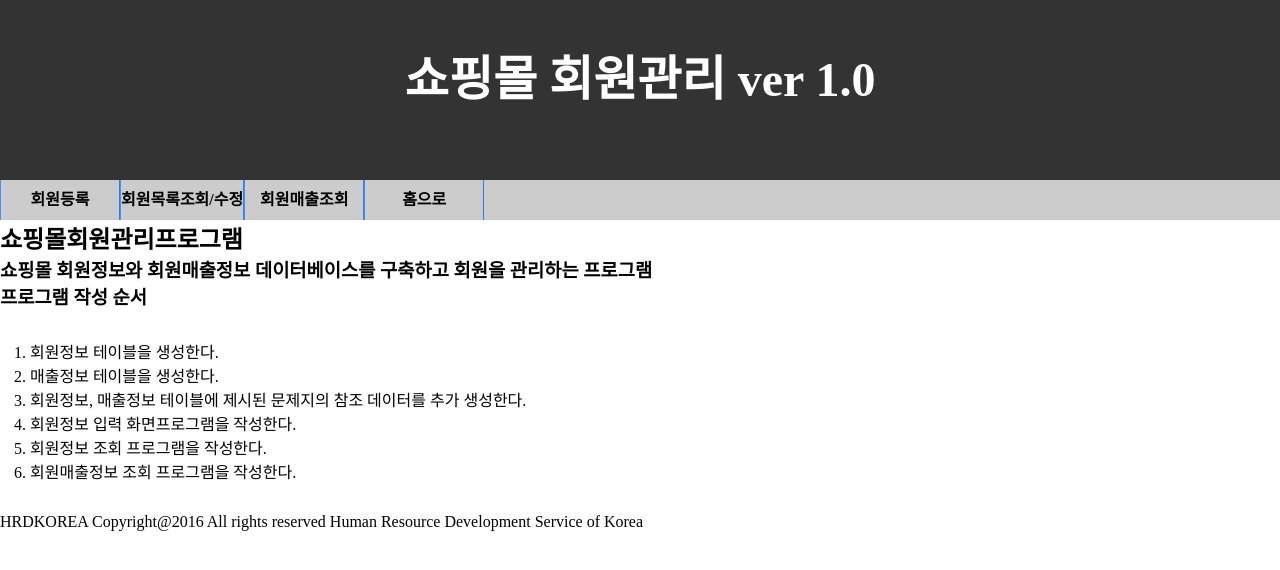
Repository: jsky1234/NCS
Page: http://localhost/HRD_1/admin.jsp
These files come from the project's save history. The page is drawn as it stood at one moment and after the next save; the edit follows.
The browser window is 1280 px wide. The pictures show the whole page.
The page is served by Tomcat 9.

Above is the page before, as saved 2020-11-09 02:25:18.

After the next save:
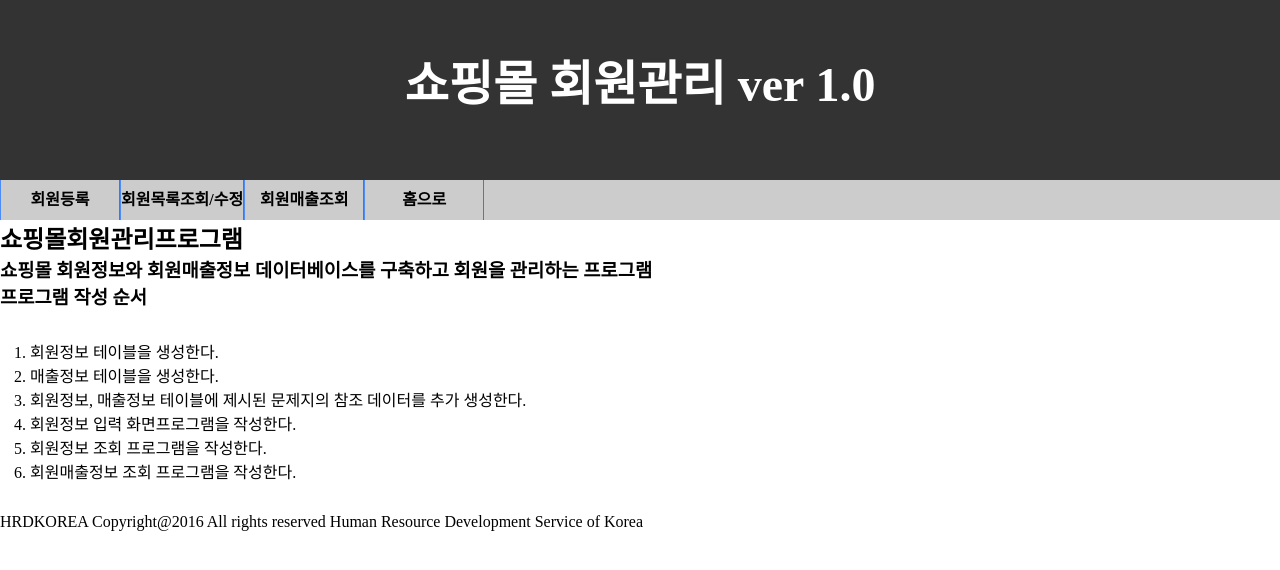
Saved 16 s later.
--- a/ncs1/HRD_1/WebContent/admin.jsp
+++ b/ncs1/HRD_1/WebContent/admin.jsp
@@ -15,7 +15,7 @@ button, label, input { outline: 0; border: 0; user-select: none; }
 img { border: 0; }
 ol { padding: 30px; }
 .hd { clear: both; min-height: 180px; background-color: #333; }
-.tit { font-size: 48px; text-align: center; line-height: 140px; color: #fff; padding-top: 10px;}
+.tit { font-size: 48px; text-align: center; line-height: 140px; color: #fff; padding-top: 15px;}
 .gnb { clear: both; height: 40px; background-color: #cccccc; }
 .gnb li { float: left; min-width: 120px; width: auto; }
 .gnb a { display: block; text-align: center; line-height: 40px; height: 40px; color: #000000; font-weight: 700; border-left: 1px solid #4d8cf7; border-right: 1px solid #337bf5; }
